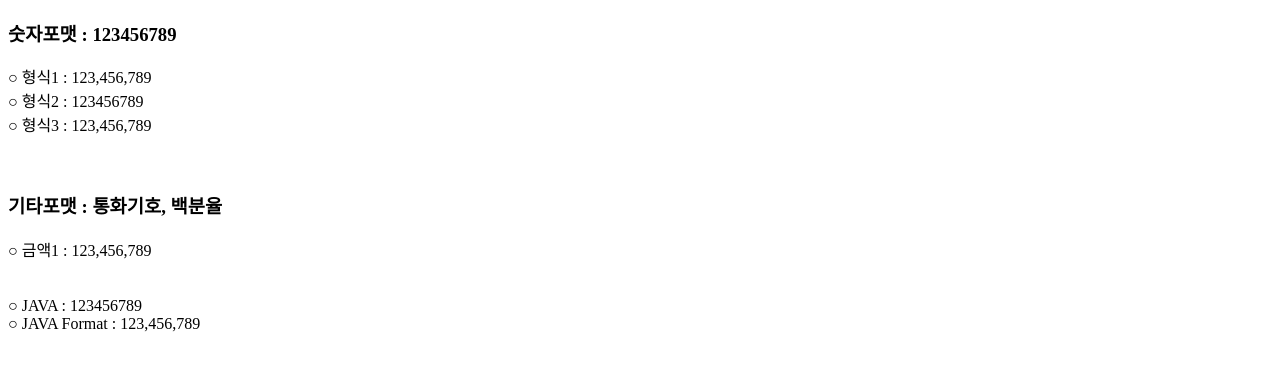
Repository: youngmoon525/Jsp_Servlet
Page: http://localhost/03.JSP/jsp39.jsp
These files come from the project's save history. The page is drawn as it stood at one moment and after the next save; the edit follows.
The browser window is 1280 px wide. The pictures show the whole page.
The page is served by Tomcat 9. Other server files are loaded and not shown.

Above is the page before, as saved 2021-09-09 04:07:37.

### workspace/03.JSP/WebContent/jsp39.jsp
<%@page import="java.text.DecimalFormat"%>
<%@ page language="java" contentType="text/html; charset=UTF-8" pageEncoding="UTF-8"%>
<%@ taglib prefix="c" uri="http://java.sun.com/jsp/jstl/core" %>
<%@ taglib prefix="fmt" uri="http://java.sun.com/jsp/jstl/fmt" %>
<!DOCTYPE html>
<html>
<head>
<meta charset="UTF-8">
<title>JSP39</title>
</head>
<body>
<c:set var="num" value="123456789"/>
<h3>숫자포맷 : ${num}</h3>
○ 형식1 : <fmt:formatNumber value="${num}" groupingUsed="true"/><br/>
○ 형식2 : <fmt:formatNumber value="${num}" groupingUsed="false"/><br/>
○ 형식3 : <fmt:formatNumber value="${num}" pattern="#,##0"/><br/>
<br/><br/>

<h3>기타포맷 : 통화기호, 백분율</h3>
<%-- 통화기호 : ㄹ → 한자 --%>
○ 금액1 : <fmt:formatNumber value="${num}" currencySymbol="￦"/><br/>


<br/><br/>
<%
int number = 123456789;
DecimalFormat df = new DecimalFormat("#,##0");
%>
○ JAVA : <%=number %><br/>
○ JAVA Format : <%=df.format(number) %>
</body>
</html>

After the next save:
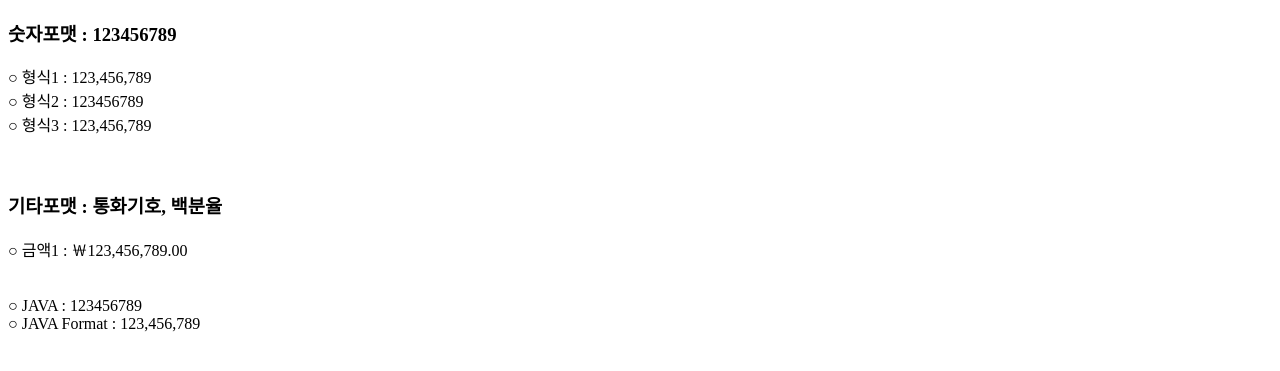
Saved 27 s later.
--- a/workspace/03.JSP/WebContent/jsp39.jsp
+++ b/workspace/03.JSP/WebContent/jsp39.jsp
@@ -18,7 +18,7 @@
 
 <h3>기타포맷 : 통화기호, 백분율</h3>
 <%-- 통화기호 : ㄹ → 한자 --%>
-○ 금액1 : <fmt:formatNumber value="${num}" currencySymbol="￦"/><br/>
+○ 금액1 : <fmt:formatNumber value="${num}" type="currency" currencySymbol="￦"/><br/>
 
 
 <br/><br/>
